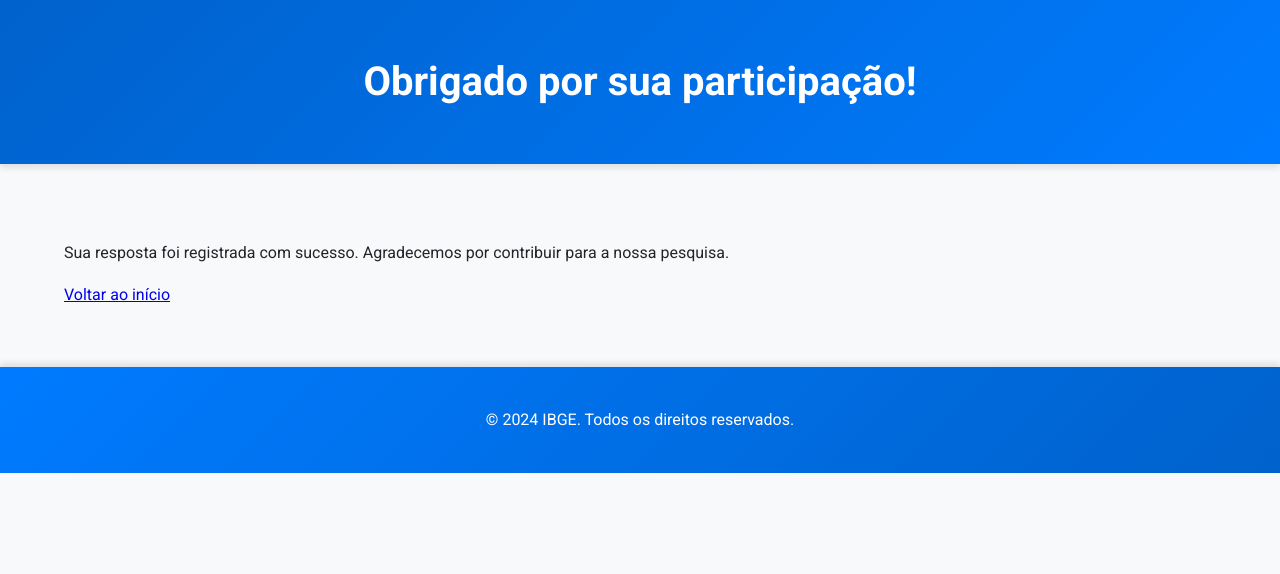
Repository: Gabrielb0rn/Projeto-Formul-rio.io
Page: agradecimento.html
An editor plug-in stored every save of this project. The page is shown before and after the next save, followed by the edit.
The browser window is 1280 px wide. The pictures show the whole page.

Above is the page before, as saved 2024-07-07 11:16:07.

### agradecimento.html
<!DOCTYPE html>
<html lang="pt-BR">
<head>
    <meta charset="UTF-8">
    <meta name="viewport" content="width=device-width, initial-scale=1.0">
    <title>Agradecimento</title>
    <link rel="stylesheet" href="assets/style.css">
</head>
<body>
    <header>
        <div class="container">
            <h1>Obrigado por sua participação!</h1>
        </div>
    </header>
    <main>
        <div class="container">
            <p>Sua resposta foi registrada com sucesso. Agradecemos por contribuir para a nossa pesquisa.</p>
            <a href="index.html" class="button">Voltar ao início</a>
        </div>
    </main>
    <footer>
        <div class="container">
            <p>&copy; 2024 IBGE. Todos os direitos reservados.</p>
        </div>
    </footer>
</body>
</html>

### assets/style.css
/* Import Google Font */
@import url('https://fonts.googleapis.com/css2?family=Roboto:wght@300;400;500;700&display=swap');

/* Global Styles */
body {
    font-family: 'Roboto', sans-serif;
    background-color: #f8f9fa;
    color: #212529;
    margin: 0;
    padding: 0;
    line-height: 1.6;
}

.container {
    width: 90%;
    max-width: 1200px;
    margin: 0 auto;
    padding: 20px;
}

/* Header Styles */
header {
    background: linear-gradient(135deg, #0062cc 0%, #007bff 100%);
    color: white;
    padding: 30px 0;
    text-align: center;
    box-shadow: 0 4px 6px rgba(0, 0, 0, 0.1);
}

header h1 {
    margin: 0;
    font-size: 2.5em;
    font-weight: 700;
}

header p {
    margin: 10px 0 0;
    font-size: 1.2em;
    font-weight: 300;
}

/* Main Styles */
main {
    padding: 40px 0;
}

form {
    background: white;
    padding: 30px;
    border-radius: 8px;
    box-shadow: 0 4px 10px rgba(0, 0, 0, 0.1);
    transition: transform 0.3s ease-in-out;
}

form:hover {
    transform: scale(1.02);
}

.form-group {
    margin-bottom: 20px;
}

.form-group label {
    display: block;
    margin-bottom: 8px;
    font-weight: 500;
    color: #495057;
}

.form-group input,
.form-group select {
    width: 100%;
    padding: 12px 15px;
    border: 1px solid #ced4da;
    border-radius: 5px;
    font-size: 1em;
    color: #495057;
    transition: border-color 0.3s;
}

.form-group input:focus,
.form-group select:focus {
    border-color: #007bff;
    outline: none;
}

.form-group.inline-group {
    display: flex;
    gap: 20px;
    flex-wrap: wrap;
}

.inline-group .form-group {
    flex: 1;
    min-width: calc(50% - 20px);
}

/* Checkbox and Radio Styles */
.checkbox-group, .radio-group {
    margin-bottom: 20px;
    text-align: left;
}

.checkbox-group label,
.radio-group label {
    margin-right: 15px;
}

.checkbox-wrapper-1 {
    display: inline-block;
    margin-right: 10px;
    position: relative;
    cursor: pointer;
}

.checkbox-wrapper-1 input {
    position: absolute;
    opacity: 0;
    cursor: pointer;
}

.checkbox-wrapper-1 label {
    padding-left: 30px;
    position: relative;
    cursor: pointer;
    display: inline-block;
}

.checkbox-wrapper-1 label::before {
    content: '';
    position: absolute;
    left: 0;
    top: 0;
    width: 20px;
    height: 20px;
    border: 2px solid #007bff;
    border-radius: 5px;
    background: white;
    transition: background 0.3s, border-color 0.3s;
}

.checkbox-wrapper-1 input:checked + label::before {
    background: #007bff;
    border-color: #007bff;
}

.checkbox-wrapper-1 label::after {
    content: '';
    position: absolute;
    left: 5px;
    top: 5px;
    width: 10px;
    height: 10px;
    border-radius: 3px;
    background: white;
    transform: scale(0);
    transition: transform 0.3s;
}

.checkbox-wrapper-1 input:checked + label::after {
    transform: scale(1);
}

.terms-group {
    display: flex;
    align-items: center;
    margin-top: 20px;
    justify-content: flex-start;
}

.terms-group input {
    width: 20px;
    height: 20px;
    margin-right: 10px;
    cursor: pointer;
    accent-color: #007bff;
}

/* Button Styles */
button {
    width: 100%;
    padding: 15px;
    background-color: #007bff;
    color: white;
    border: none;
    border-radius: 5px;
    font-size: 1.2em;
    font-weight: 600;
    cursor: pointer;
    transition: background-color 0.3s, transform 0.3s;
}

button:hover {
    background-color: #0056b3;
    transform: scale(1.05);
}

button:disabled {
    background-color: #6c757d;
    cursor: not-allowed;
}

/* Alert Styles */
.alert {
    position: fixed;
    top: 20px;
    left: 50%;
    transform: translateX(-50%);
    padding: 15px 20px;
    border-radius: 5px;
    color: white;
    font-size: 1em;
    z-index: 1000;
    animation: fade-in-out 3s ease-in-out;
}

.alert.success {
    background-color: #28a745;
}

.alert.error {
    background-color: #dc3545;
}

.error {
    border-color: red;
}

@keyframes fade-in-out {
    0% { opacity: 0; }
    10% { opacity: 1; }
    90% { opacity: 1; }
    100% { opacity: 0; }
}

/* Footer Styles */
footer {
    background: linear-gradient(135deg, #007bff 0%, #0062cc 100%);
    color: white;
    text-align: center;
    padding: 20px 0;
    box-shadow: 0 -4px 6px rgba(0, 0, 0, 0.1);
}

footer p {
    margin: 0;
    font-size: 1em;
}

/* Responsive Styles */
@media (max-width: 768px) {
    header h1 {
        font-size: 2em;
    }

    .inline-group .form-group {
        min-width: 100%;
    }
}

After the next save:
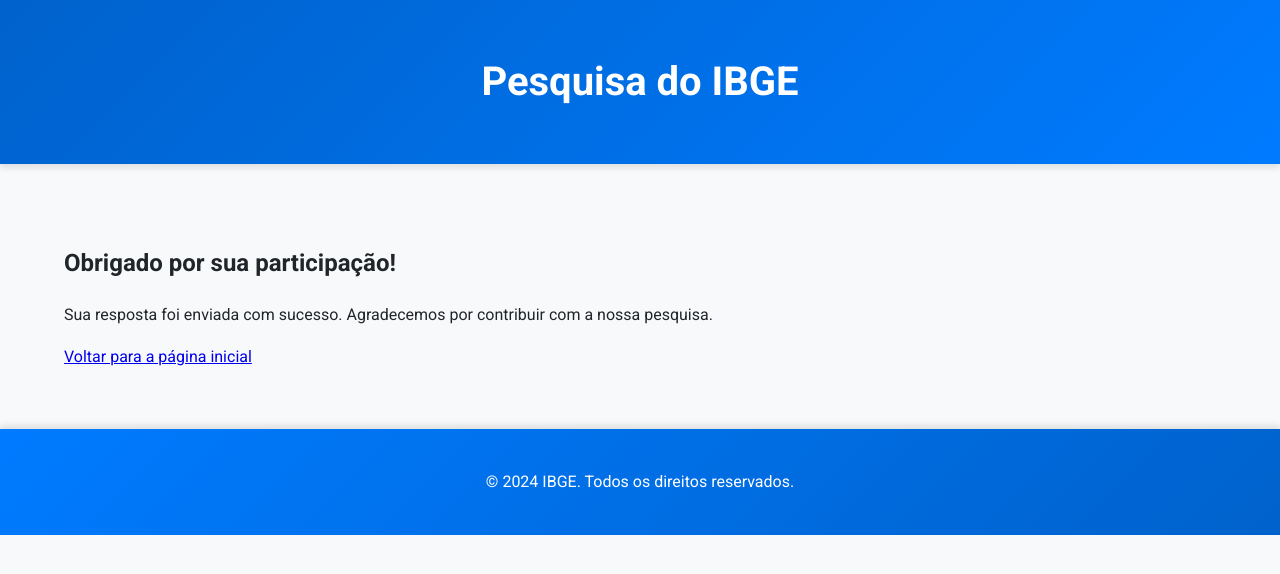
Saved 9 min 53 s later.
--- a/agradecimento.html
+++ b/agradecimento.html
@@ -9,13 +9,16 @@
 <body>
     <header>
         <div class="container">
-            <h1>Obrigado por sua participação!</h1>
+            <h1>Pesquisa do IBGE</h1>
         </div>
     </header>
     <main>
         <div class="container">
-            <p>Sua resposta foi registrada com sucesso. Agradecemos por contribuir para a nossa pesquisa.</p>
-            <a href="index.html" class="button">Voltar ao início</a>
+            <div class="agradecimento-mensagem">
+                <h2>Obrigado por sua participação!</h2>
+                <p>Sua resposta foi enviada com sucesso. Agradecemos por contribuir com a nossa pesquisa.</p>
+                <a href="index.html" class="botao-voltar">Voltar para a página inicial</a>
+            </div>
         </div>
     </main>
     <footer>
